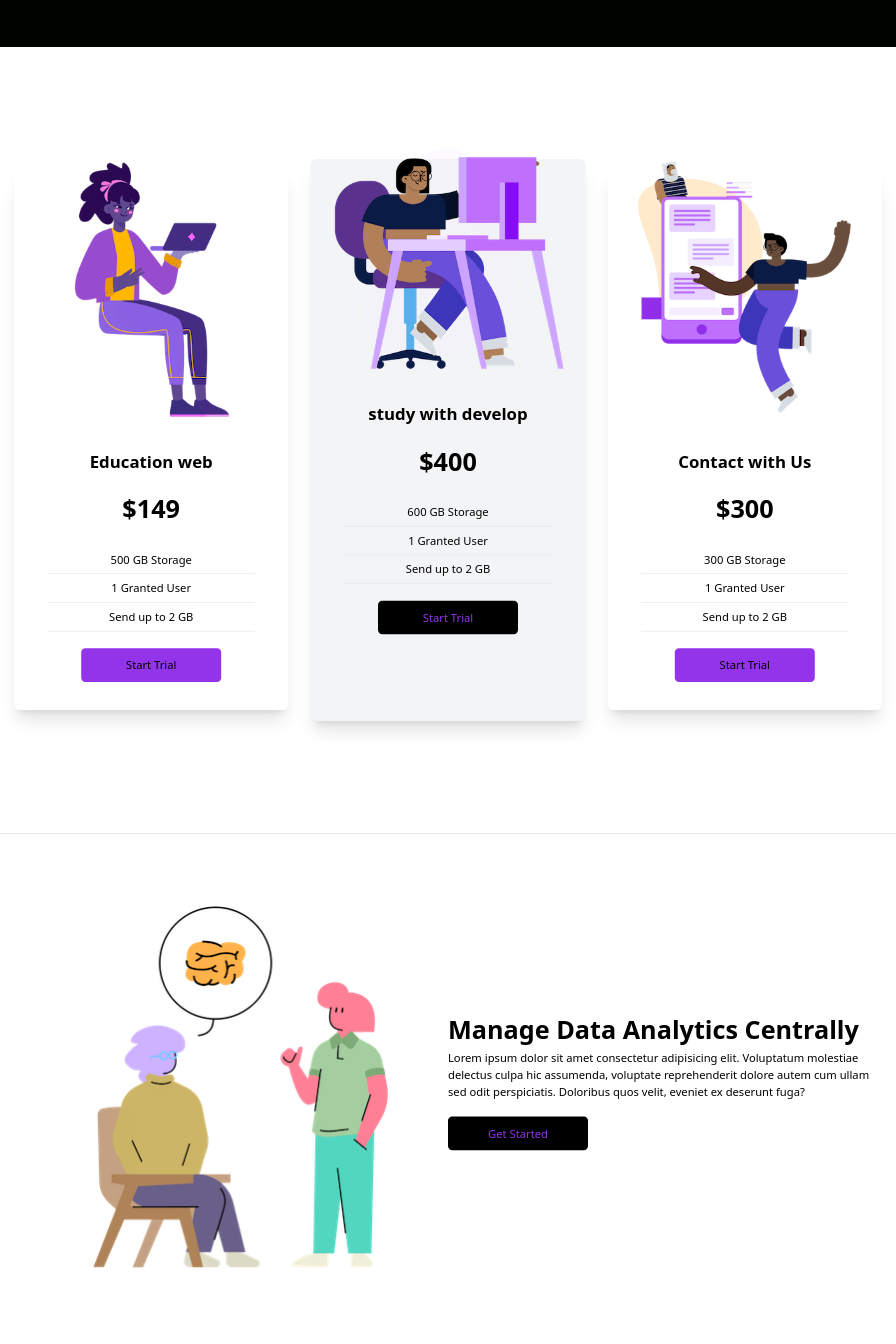
Repository: OmniaRafat232111121/tailwindreact
Page: /
The author's editor kept a copy of each file at every save. The page is drawn from the files as they stood at one save, then again after the next save.
The browser window is 1280 px wide. The pictures show the part of the page from y = 653 to 2573 px (the page is 2573 px tall), at 70% of full size.
The project was rebuilt for these pictures with package versions that can differ from the ones it lists, and the page was loaded fresh each time.

Above is the page before, as saved 2022-09-11 13:30:47.

After the next save:
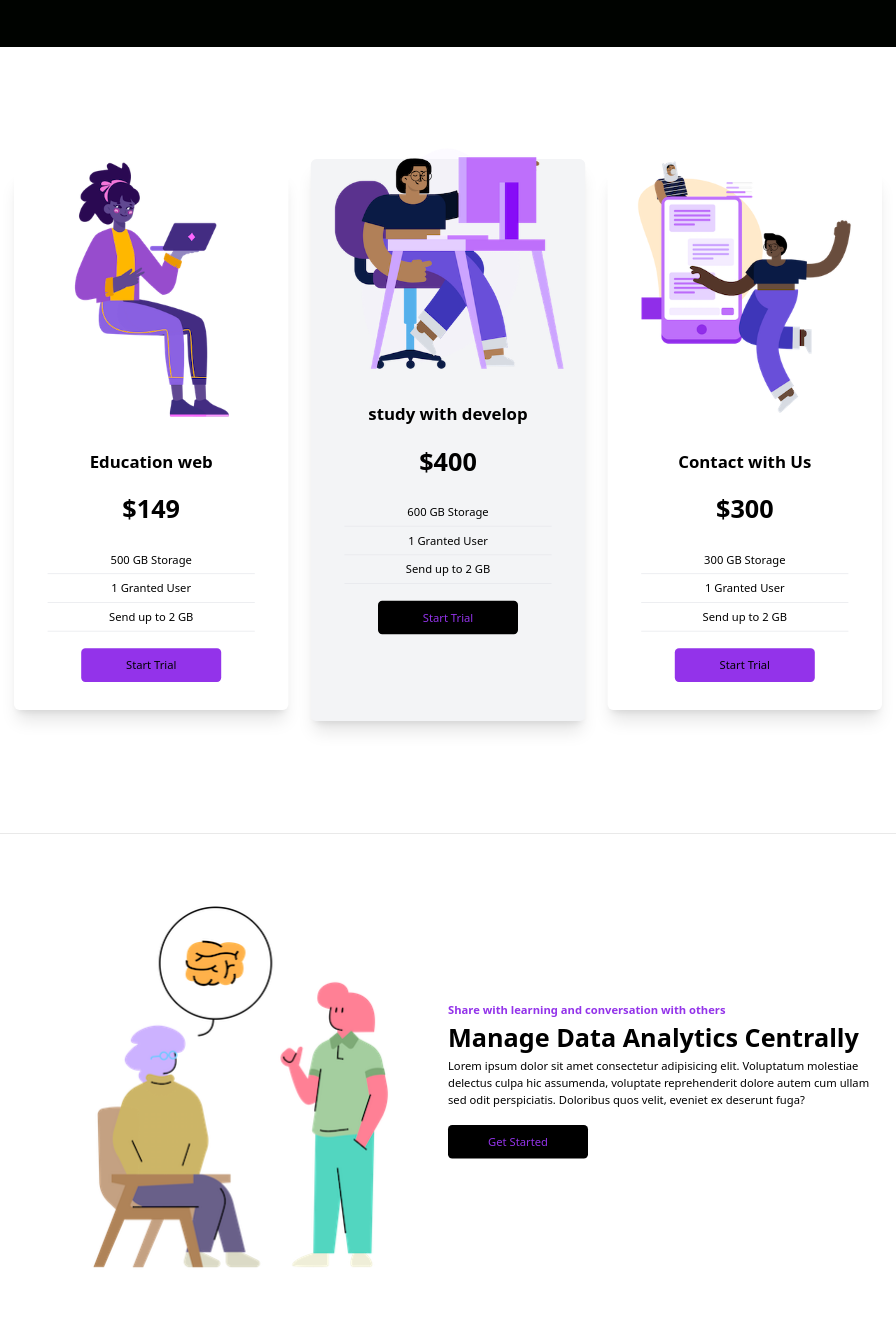
Saved 57 s later.
--- a/src/components/Analytics.jsx
+++ b/src/components/Analytics.jsx
@@ -7,7 +7,7 @@ const Analytics = () => {
       <div className='max-w-[1240px] mx-auto grid md:grid-cols-2'>
         <img className='w-[500px] mx-auto my-4' src={Laptop} alt='/' />
         <div className='flex flex-col justify-center'>
-          <p className='text-purple-600 font-bold '></p>
+          <p className='text-purple-600 font-bold '>Share with learning and conversation with others</p>
           <h1 className='md:text-4xl sm:text-3xl text-2xl font-bold py-2'>Manage Data Analytics Centrally</h1>
           <p>
             Lorem ipsum dolor sit amet consectetur adipisicing elit. Voluptatum
